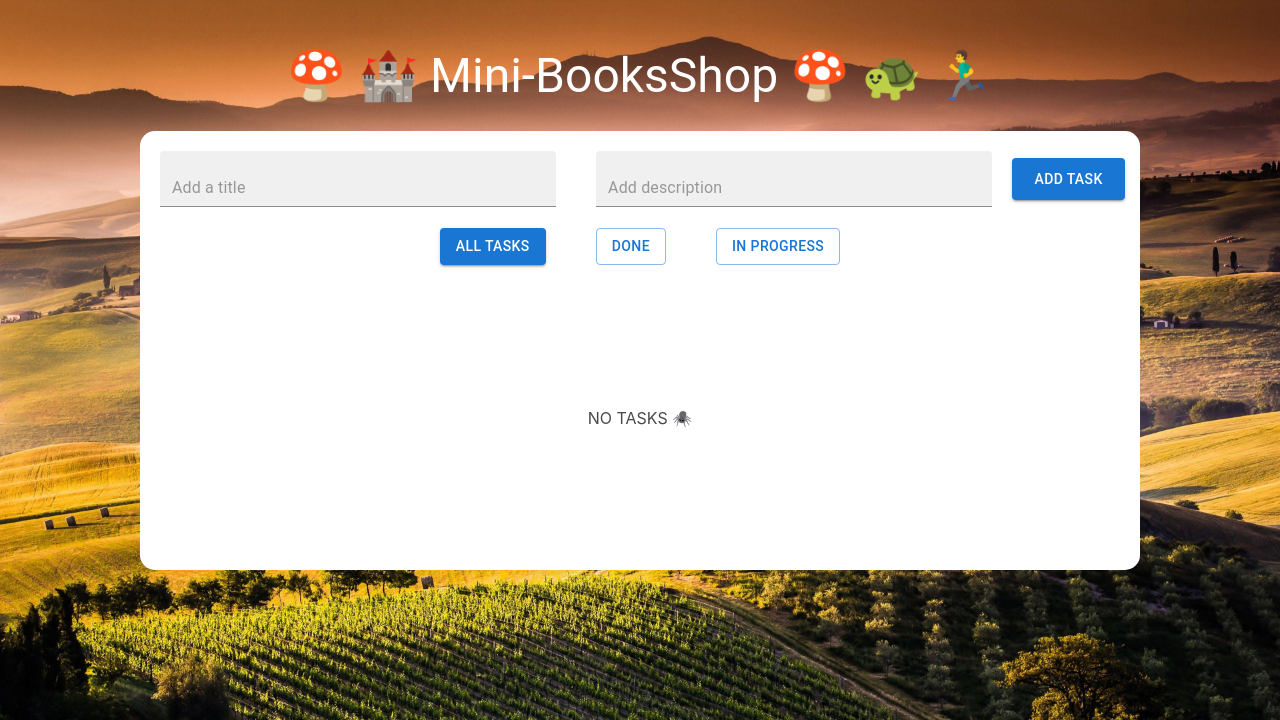
Repository: Tracy-maker/mini-bookshop
Page: /
These files come from the project's save history. The page is drawn as it stood at one moment and after the next save; the edit follows.
The browser window is 1280 px wide. The pictures show the whole page.
The project was rebuilt for these pictures with package versions that can differ from the ones it lists, and the page was loaded fresh each time. Also part of the build but not shown: src/components/TaskEdit.js, src/components/TaskShow.js.

Above is the page before, as saved 2023-09-21 13:15:49.

After the next save:
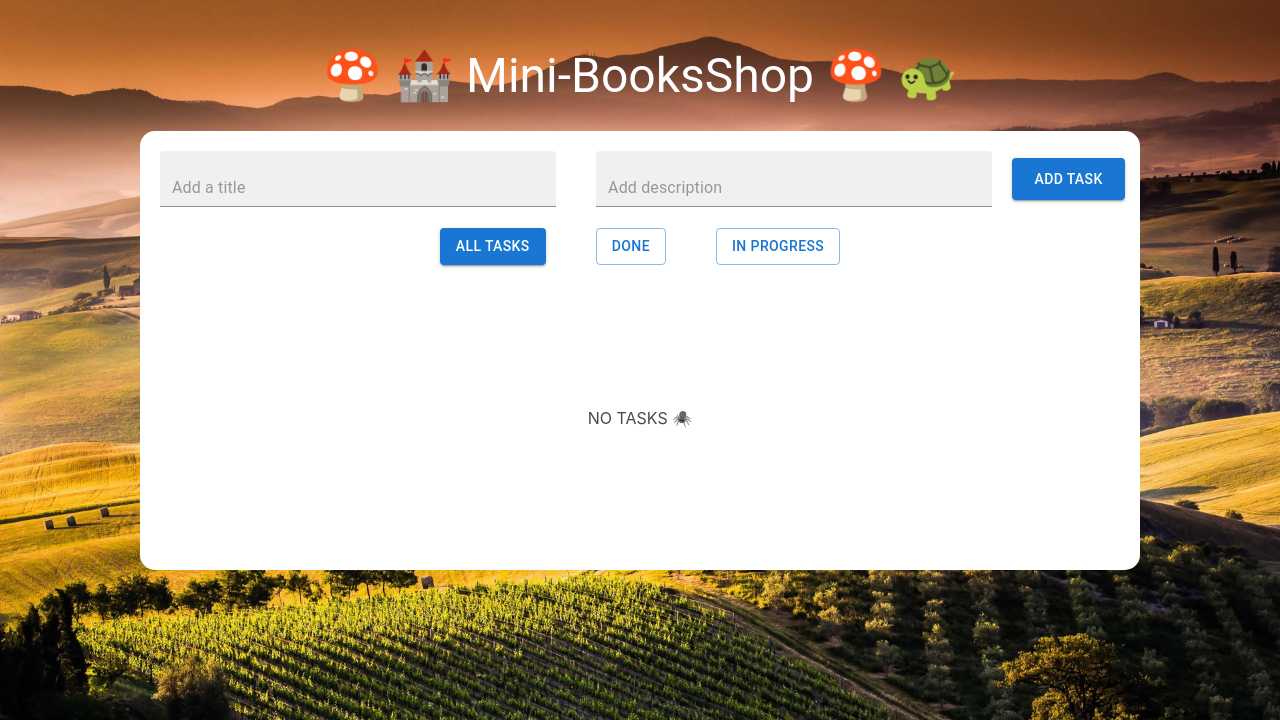
Saved 10 s later.
--- a/src/App.js
+++ b/src/App.js
@@ -121,7 +121,7 @@ function App() {
   return (
     <StyledContainer>
       <Title variant="h3" gutterBottom>
-      🍄 🏰 Mini-BooksShop 🍄 🐢 🏃‍♂️
+      🍄 🏰 Mini-BooksShop 🍄 🐢
       </Title>
       <TaskForm>
         <CreateTask onCreate={createTask} />
